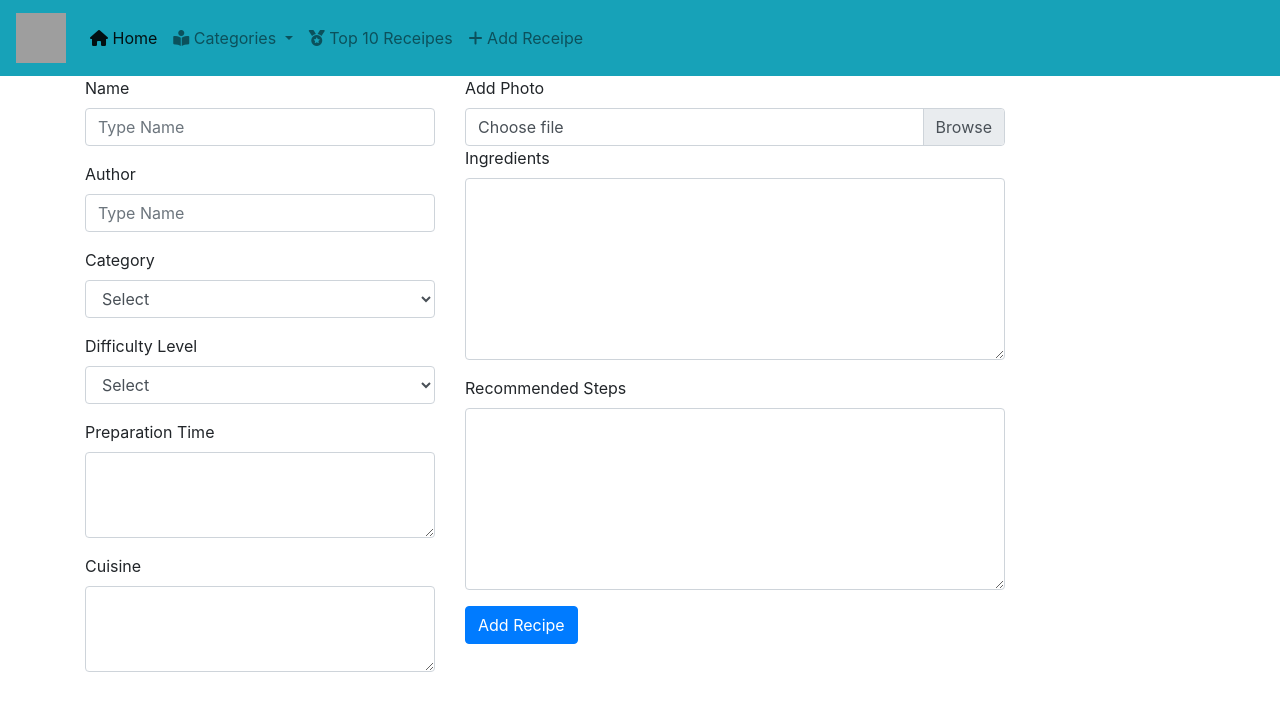
Repository: toderas/Flask-Cook-Book
Page: templates/addrecipe.html
The author's editor kept a record of every edit. The page is drawn from the files as they stood at one moment, then again after the next edit.
The browser window is 1280 px wide. The pictures show the whole page.
Pictures or frames that could not be fetched are drawn as grey boxes. Some web libraries are served in a nearby version. The page is served by the project's application, run on Flask 3 (cookbook.py). The template is opened directly, without the code that normally fills it, so the values that code supplies are empty.

Above is the page before.

After the next edit:
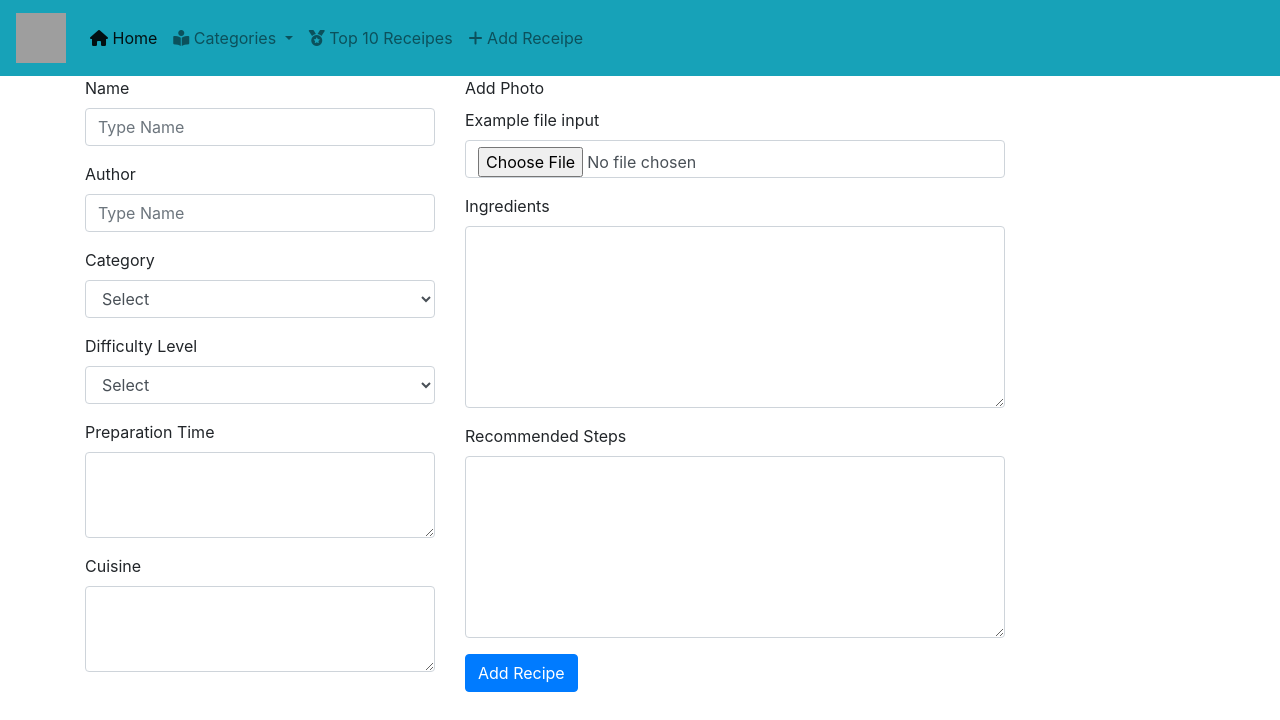
The edit:
--- a/templates/addrecipe.html
+++ b/templates/addrecipe.html
@@ -42,10 +42,12 @@
       </div>
       <div class="col-md-6">
         <label for="exampleFormControlTextarea1">Add Photo</label>
-        <div class="custom-file">
-          <input type="file" class="custom-file-input" id="customFile">
-          <label class="custom-file-label" for="customFile">Choose file</label>
-        </div>
+        <form>
+          <div class="form-group">
+            <label for="exampleFormControlFile1">Example file input</label>
+            <input type="file" class="form-control" id="exampleFormControlFile1">
+          </div>
+        </form>
         <div class="form-group">
           <label for="exampleFormControlTextarea1">Ingredients</label>
           <textarea class="form-control" name="dish_ingredients" id="exampleFormControlTextarea1" rows="7"></textarea>
@@ -56,7 +58,7 @@
         </div>
         <button class="btn btn-primary" type="submit">Add Recipe</button>
       </div>
-     </div>
+    </div>
   </form>
 
 </div>
